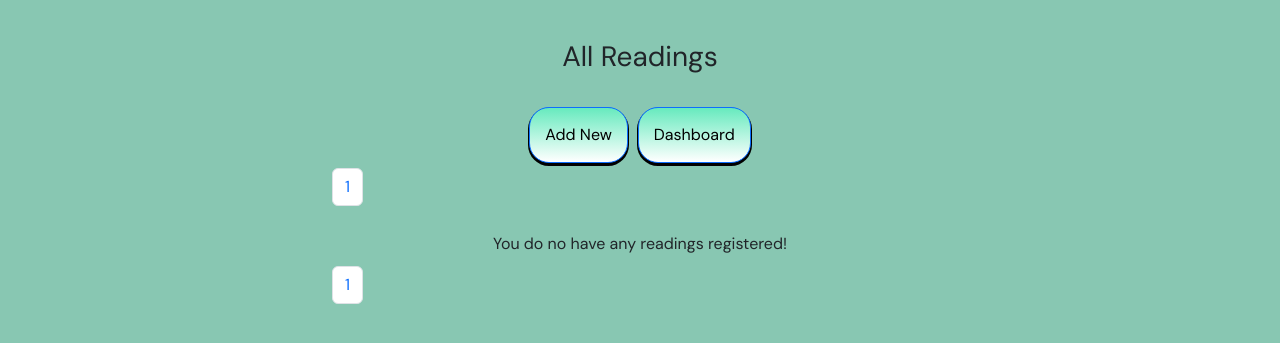
Repository: aiodell/my-glucose-checkup
Page: /bgls/all (app in client/)
The author's editor kept a copy of each file at every save. The page is drawn from the files as they stood at one save, then again after the next save.
The browser window is 1280 px wide. The pictures show the whole page.
The page's requests for data from a server got no answer. The project was rebuilt for these pictures with package versions that can differ from the ones it lists, and the page was loaded fresh each time. No one was signed in, and anything a server would have sent is missing. Also part of the build but not shown: client/src/components/Login.js, client/src/components/Signup.js, client/src/components/Dashboard.js, client/src/components/NewReading.js, client/src/components/Home.js, client/src/components/BglUpdateForm.js, client/src/components/BglEventDetails.js, client/src/components/NewBglEvent.js and 8 more.

Above is the page before, as saved 2022-10-06 06:46:40.

### client/src/index.js
import React from 'react';
import ReactDOM from 'react-dom/client';
import {BrowserRouter as Router} from "react-router-dom";
import 'bootstrap/dist/css/bootstrap.min.css';
import App from './App';

const root = ReactDOM.createRoot(document.getElementById('root'));
root.render(
  <React.StrictMode>
  <Router>
    <App />
  </Router>
  </React.StrictMode>
);

### client/src/App.js
import { useState, useEffect } from "react"
import { Switch, Route, useHistory } from "react-router-dom"
import NavBar from "./components/NavBar"
import Login from "./components/Login"
import Signup from "./components/Signup"
import Dashboard from "./components/Dashboard"
import AllReadings from "./components/AllReadings"
import NewReading from "./components/NewReading"
import Home from "./components/Home"
import BglEventDetails from "./components/BglEventDetails"
import NewBglEvent from "./components/NewBglEvent"
import Events from "./components/Events"
import UserProfile from "./components/UserProfile"
import CreateProfile from "./components/CreateProfile"
import AllUsers from "./components/AllUsers"
import './styles.css'

const App = () => {
  const [currentUser, setCurrentUser] = useState("")
  const [readings, setReadings] = useState([])
  const [events, setEvents] = useState([])
  const [users, setUsers] = useState([])
  const [following, setFollowing] = useState([])
  const history = useHistory()

  useEffect( () => {
    fetch(`/auto-login`)
    .then((r) => {
      if (r.ok) {
        r.json().then((user) => setCurrentUser(user))
      }else{
        history.push("/login")
      }
    })
  }, [ ])

	useEffect(() => {
		fetch("/events")
		.then((r) => r.json())
		.then(setEvents)
	}, [])

  useEffect(() => {
		fetch("/bgls")
		.then((r) => r.json())
		.then(setReadings)
	}, [])

  useEffect(() => {
    fetch("/users")
    .then((r) => r.json())
    .then(setUsers)
  }, [])

  useEffect(() => {
    fetch("/relationships")
    .then((r) => r.json())
    .then(setFollowing)
  }, [])

  const updateUser = (user) => setCurrentUser(user)

  const addNewReading = (newReading) => {setReadings(readings => [...readings, newReading])}

  const deleteReading = (deletedReading) => {
    setReadings((readings) => readings.filter((reading) => reading.id !== deletedReading))
  }

  const deleteEvent = (deletedEvent) => {
    setEvents((events) => events.filter((event) => event.id !== deletedEvent))
  }

  const updateBgl = (updatedBgl) => {
    setReadings((readings) => readings.map(bgl => bgl.id === updatedBgl.id ? updatedBgl : bgl))
  }

  // add follower to list
  const addNewFollow = (newFollow) => {
    setFollowing(following => [...following, newFollow])
    const copyOfCurrentUser = {...currentUser}
    copyOfCurrentUser.followees.push(newFollow)
    setCurrentUser(copyOfCurrentUser)
  }

  // delete follower from the list
  const deleteFollow = (deletedFollow) => {
    setFollowing((following) => following.filter((following) => following.id !== deletedFollow))
  }

  const removeCurrentFollowing = (deletedFollowee) => {
    const copyOfCurrentUser = {...currentUser}
    copyOfCurrentUser.followees = copyOfCurrentUser.followees.filter(followee => followee.followee_id !== deletedFollowee.followee_id)
    setCurrentUser(copyOfCurrentUser)
  }

   return (
   <div>
    <NavBar
      currentUser = {currentUser}
      updateUser = {updateUser}
    />
    <Switch>
      <Route exact path = "/login">
        <Login updateUser = {updateUser}/>
      </Route>
      <Route exact path = "/signup">
        <Signup />
      </Route>
      <Route exact path = "/dashboard">
        <Dashboard
        currentUser = {currentUser}
        readings = {readings}
        setReadings = {setReadings}
        following = {following}  // will be used to display the highs and lows of a user being followed
        users = {users}
        />
      </Route>
      <Route exact path= "/bgls/all">
        <AllReadings
        readings = {readings}
        setReadings = {setReadings}
        />
      </Route>
      <Route exact path= "/bgls/new">
        <NewReading addNewReading= {addNewReading} />
      </Route>
      <Route exact path= "/bgls/:id/">
        <BglEventDetails
          updateBgl = {updateBgl}
          deleteReading= {deleteReading}
          readings = {readings}
        />
      </Route>
      <Route exact path="/bgls/:id/bgl_events/new">
        <NewBglEvent events= {events}/>
      </Route>
      <Route exact path="/events">
        <Events
          deleteEvent = {deleteEvent}
          events = {events}
          setEvents = {setEvents}
        />
      </Route>
      <Route exact path= "/me">
        <UserProfile
        currentUser = {currentUser}
        users = {users}
        />
      </Route>
      <Route exact path = "/create-profile">
        <CreateProfile />
      </Route>
      <Route exact path= "/users">
        <AllUsers
        currentUser = {currentUser}
        users = {users}
        addNewFollow = {addNewFollow}
        deleteFollow = {deleteFollow}
        removeCurrentFollowing ={removeCurrentFollowing}
        />
      </Route>
      <Route exact path="/">
        <Home
        currentUser = {currentUser}
        setCurrentUser = {setCurrentUser}/>
      </Route>
    </Switch>
   </div>
  )
}

export default App;

### client/src/components/NavBar.js
import { useHistory, NavLink } from 'react-router-dom'
import Container from "react-bootstrap/Container"
import Nav from 'react-bootstrap/Nav';
import Navbar from 'react-bootstrap/Navbar';
import '../styles.css';

const NavBar = ({updateUser, currentUser}) => {
	const history = useHistory()

	// log out only available when logged in
	const handleLogout = (e) => {
		fetch(`/logout`, {
			method: 'DELETE'
		})
		.then(() => {
			updateUser("")
			history.push('/')
		})
	}

	return(
		<>
		{currentUser ?
			<Navbar bg="dark" variant="dark" expand="lg">
			<Container className="nav-bar">
				<Navbar.Brand>My Glucose Checkup</Navbar.Brand>
				<Navbar.Toggle aria-controls="basic-navbar-nav" />
				<Navbar.Collapse id="basic-navbar-nav"></Navbar.Collapse>
					<Nav className="me-auto">
						<NavLink className="nav-link" to="/dashboard">
							<Nav.Item>Dashboard</Nav.Item>
						</NavLink>
						<NavLink className="nav-link" to="/bgls/all">
							<Nav.Item>My BGLs</Nav.Item>
						</NavLink>
						<NavLink className="nav-link" to="/bgls/new">
							<Nav.Item>New Reading</Nav.Item>
						</NavLink>
						<NavLink className="nav-link" to="/me">
							<Nav.Item>My Account</Nav.Item>
						</NavLink>
						<NavLink className="nav-link" to="/users">
							<Nav.Item>All Users</Nav.Item>
						</NavLink>
						<Nav.Link onClick={handleLogout}>Logout</Nav.Link>
					</Nav>
			</Container>
		</Navbar> : null }
		</>
	)
}

export default NavBar

### client/src/components/AllReadings.js
import { useState, useEffect } from "react"
import Pagination from "react-bootstrap/Pagination"
import { useHistory, Link, NavLink } from "react-router-dom"
import Card from 'react-bootstrap/Card';
import Container from "react-bootstrap/Container"
import Button from "react-bootstrap/Button"

const AllReadings = ({readings, setReadings }) => {
	const [errors, setErrors] = useState([])
	const [ currentRange, setCurrentRange ] = useState([0, 10]);
	const history = useHistory()

	useEffect(() => {
		fetch("/bgls")
		.then(r => {
			if(r.ok){
				r.json().then(readings => setReadings(readings))
			}else{
				r.json().then(data => {
					setErrors(data.errors)
					history.push("/login")
				})
			}
		})
	}, [])

	const handleDelete = (id) => {
		fetch(`/bgls/${id}`, {
			method: "DELETE",
		})
		.then(() =>{
			setReadings((readings) => readings.filter((reading) => reading.id !== id))
		})
	}

		// render the current Bgls
	const renderReadings = readings.map((bgl) => {
		return(
			<Card className="bgl-card" key= {bgl.id}>
				<Card.Body as={Link} to= {`/bgls/${bgl.id}`}>
					<Card.Title className="card-title">
						{bgl.value} mg/dl
					</Card.Title>
					<Card.Text>
						{bgl.created_at}
					</Card.Text>
				</Card.Body>
				<Button className="delete-btn" onClick={() => handleDelete(bgl.id)}>
					Delete
				</Button>
			</Card>
		)
	})


	// pagination of the Bgls
  	const handlePageClick = (e) => {
    const pageNum = e.target.innerText;

    if(pageNum === '1') {
      setCurrentRange([ 0, 20 ]);
    } else {
      const start = pageNum * 20 - 19;
      const end = pageNum * 20;
      setCurrentRange([ start, end ]);
    }
  }

	const bglPages = () => {
    let pages = [];
    let numOfPages = renderReadings.length / 20 + 1;

    for( let pageNum = 1; pageNum <= numOfPages; pageNum++ ) {
      pages.push(
        <Pagination.Item
          key={ pageNum }
          onClick={ handlePageClick }
          active={ currentRange[1] / 20 === pageNum }
          disabled={ currentRange[1] / 20 === pageNum }
        >
          { pageNum }
        </Pagination.Item>
      )
    }
    return pages;
  }
  	// end of pagination of Bgls

	const bglPage = renderReadings.slice(...currentRange)

	return(
		<>
		{errors ? errors.map(e => <section>{e}</section>):null}
			<Container className="all-bgl-container-style">
				<h3 className="title">All Readings</h3>
				<NavLink to="/bgls/new">
					<Button className="btns">Add New</Button>
				</NavLink>
				<NavLink to="/dashboard">
					<Button className="btns">Dashboard</Button>
				</NavLink>
				<Pagination>{ bglPages() }</Pagination>
				<Container className="container-style">
					{bglPage.length > 0 ? bglPage : "You do no have any readings registered!"}
				</Container>
				<Pagination>{ bglPages() }</Pagination>
			</Container>
		</>
	)
}

export default AllReadings

### client/src/styles.css
@import url('https://fonts.googleapis.com/css2?family=DM+Sans&display=swap');
@import url('https://fonts.googleapis.com/css2?family=Carter+One&family=DM+Sans&display=swap');

body {
  font-family: 'DM Sans', sans-serif;
  background-color:#88c7b2;
  margin: 0px;
}

/*Universal */
.btns {
  background-image: linear-gradient(#67eabe, #ffffff);
  color: rgb(0, 0, 0);
  padding: 15px;
  margin: 5px;
  text-align: center;
  border-radius: 20px;
  box-shadow: 0px 2px 0px 1px black;
  text-decoration: none;
}

.container-style{
  text-align: center;
  padding: 10px;
  position: relative;
}

.navbar-brand{
  font-family: 'Carter One', cursive;
  font-size: 2rem;
  text-align:left
}

/*Home Page */
.Home {
  text-align: center;
}

.home-background {
  background-color: #88c7b2;
  min-height: 100vh;
  display: flex;
  flex-direction: column;
  align-items: center;
  justify-content: center;
  font-size: calc(10px + 2vmin);
  color: white;
}

.welcome {
  font-family: 'Carter One', cursive;
  text-shadow: 2px 2px black;
  text-align: center;
}

.home-btn-div {
  align-content: center;
}

/*Forms */
.form-style{
  margin-top: 100px;
  border-radius: 20px;
  box-shadow: 0px 2px 0px 1px black;
  background-image: linear-gradient(#67eabe, #ffffff);
  color: rgb(0, 0, 0);
}
.title{
  padding: 20px;
  position: relative;
}

/*Dashbord */
.dash-container{
  margin-top: 100px;
  padding: 20px;
  background-image: linear-gradient(#67eabe, #ffffff);
  border-radius: 25px;
  position: relative;
}

.current-bgl{
  border-radius: 50%;
  height: 150px;
  width: 150px;
  vertical-align: middle;
  left: 44%;
  position: relative;
  box-shadow: 2px 2px 2px 2px black;
  background-image: linear-gradient(#67eabe, #ffffff);
}

.current-txt{
  text-align: center;
  font-size: 4rem;
  padding-top: 40px;
  padding-left: 5px;
  position: relative;
}

.low-high-avg{
  padding: 20px;
  position: relative;
}

.dash-title{
  font-family: 'Carter One', cursive;
  text-shadow: 2px 2px 2px black;
  color: white
}

/*Events */

.list{
  list-style: none;
  padding: 5px;
  font-size: 150%;
}

.event-container-style{
  text-align: center;
  padding: 10px;
  position: relative;
  margin: 5px;
}

.delete-btn{
  background-image: linear-gradient(#67eabe, #ffffff);
  color: rgb(0, 0, 0);
  padding: 5px;
  margin: 5px;
  text-align: center;
  box-shadow: 0px 2px 0px 1px black;
  text-decoration: none;
}
.event-card{
  vertical-align: middle;
  left: 39%;
  position: relative;
}

/*All bgls*/
.all-bgl-container-style{
  align-content: center;
  margin-top: 20px;
  text-align: center;
  display: relative;
  position:relative;
  max-width: 50%;
}

.bgl-card{
  margin: 10px;
  text-decoration: none;
  color: black;
  box-shadow: 0px 2px 0px 2px black;
}

.card-title{
  font-size: 150%;
}

.search {
  width: 50%;
  text-align: center;

  position: relative;
  display: block;
  margin: auto;
  padding: 2rem;
}

.searchTerm {
  text-align: center;
  width: 100%;
  border: 3px solid #004e59;
  padding: 5px;
  height: 3rem;
  border-radius: 5px;
  outline: none;
  font-size: 1.5rem;
}

/* Profile Completion Form */
.form-title{
  text-align: center;
  margin-top: 15px;
}

.profile-completion{
  text-align: center;
  padding: 15px;
  margin: 10px;
  box-shadow: 1px 2px 0px 1px black;
  background-image: linear-gradient(#eaeaea, #ffffff);
  color: rgb(0, 0, 0);
}

.profile-label{
  margin-bottom: 5px;
  margin-top: 10px;
}

.form-check{
  margin-top: 5px
}

/*profile container*/
.profile-container{
  align-content: center;
  margin-top: 20px;
  text-align: center;
  display: relative;
  position:relative;
  max-width: 50%;
}

Loaded but not shown: client/public/index.html (common file)

After the next save:
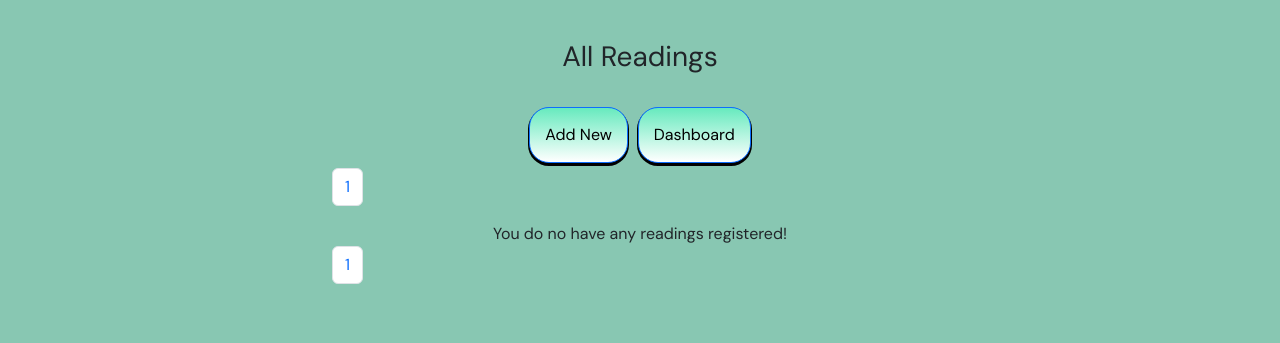
Saved 37 s later.
--- a/client/src/components/AllReadings.js
+++ b/client/src/components/AllReadings.js
@@ -100,7 +100,7 @@ const AllReadings = ({readings, setReadings }) => {
 					<Button className="btns">Dashboard</Button>
 				</NavLink>
 				<Pagination>{ bglPages() }</Pagination>
-				<Container className="container-style">
+				<Container >
 					{bglPage.length > 0 ? bglPage : "You do no have any readings registered!"}
 				</Container>
 				<Pagination>{ bglPages() }</Pagination>
